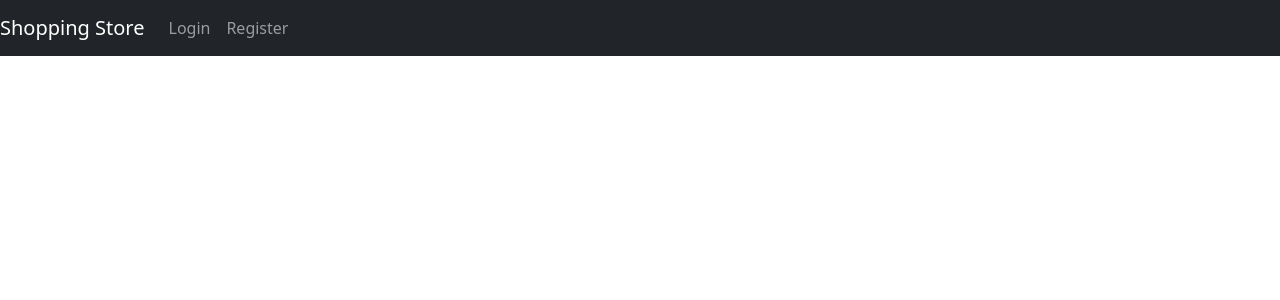
Repository: mayank-gupta0/nagarroproject
Page: http://localhost/SpringMvcServiceLayer/
The author's editor kept a copy of each file at every save. The page is drawn from the files as they stood at one save, then again after the next save.
The browser window is 1280 px wide. The pictures show the whole page.
The page is served by Tomcat 9. Nobody is signed in. The application's start-up code is not run.

Above is the page before, as saved 2022-08-22 12:32:38.

After the next save:
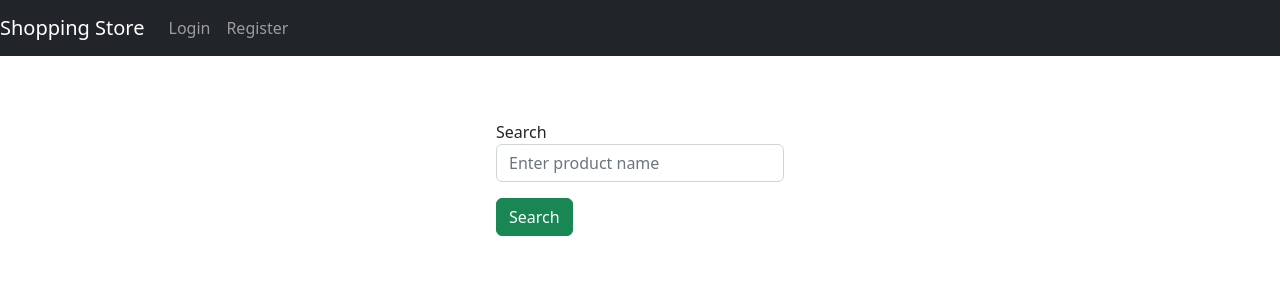
Saved 3 min 58 s later.
--- a/springmvcworkspace/SpringMvcServiceLayer/src/main/webapp/index.jsp
+++ b/springmvcworkspace/SpringMvcServiceLayer/src/main/webapp/index.jsp
@@ -26,5 +26,18 @@
 		</div>
 	</nav>
 
+
+	<div class="container w-25 p-3 mt-5">
+		<form action="viewSimilarProducts" method="get">
+
+			<div class="form-group">
+				<label for="search">Search</label> <input type="text"
+					class="form-control" placeholder="Enter product name" name="value">
+			</div>
+			<button type="submit" class="btn btn-success my-3">Search</button>
+
+		</form>
+	</div>
+
 </body>
 </html>
